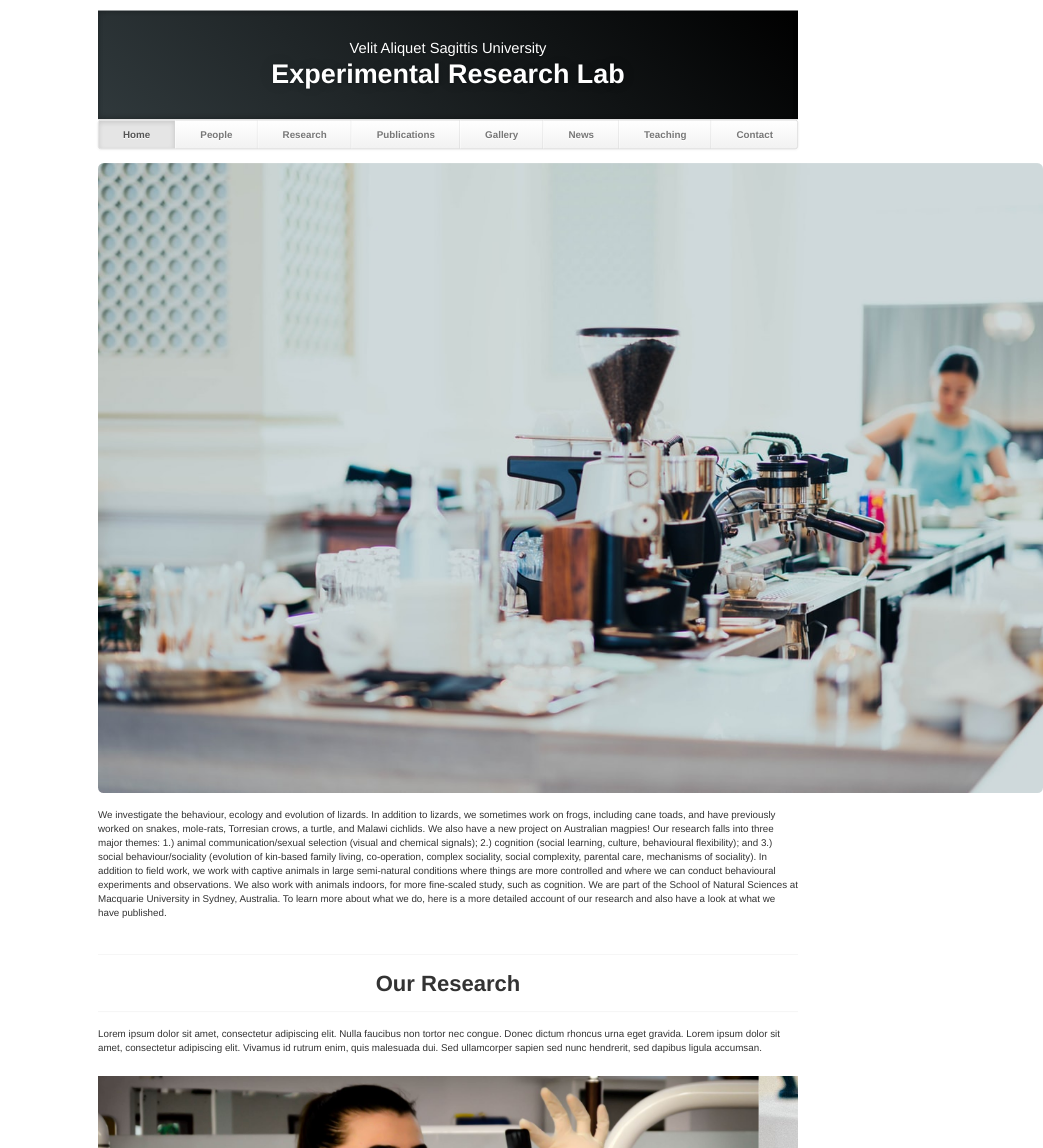
Repository: IAEUC/iaeuc.github.io
Page: index.html
These files come from the project's save history. The page is drawn as it stood at one moment and after a run of saves; the edit follows.
The browser window is 1280 px wide. The page is 1490 px wide, then 1280 px, so the pictures cover 1490 px, including what lies to the right of the window. The pictures show the part of the page from y = 0 to 1640 px (the page is 4100 px tall before and 3500 px after), at 70% of full size.

Above is the page before, as saved 2025-08-07 17:24:05.

After the next 2 saves:
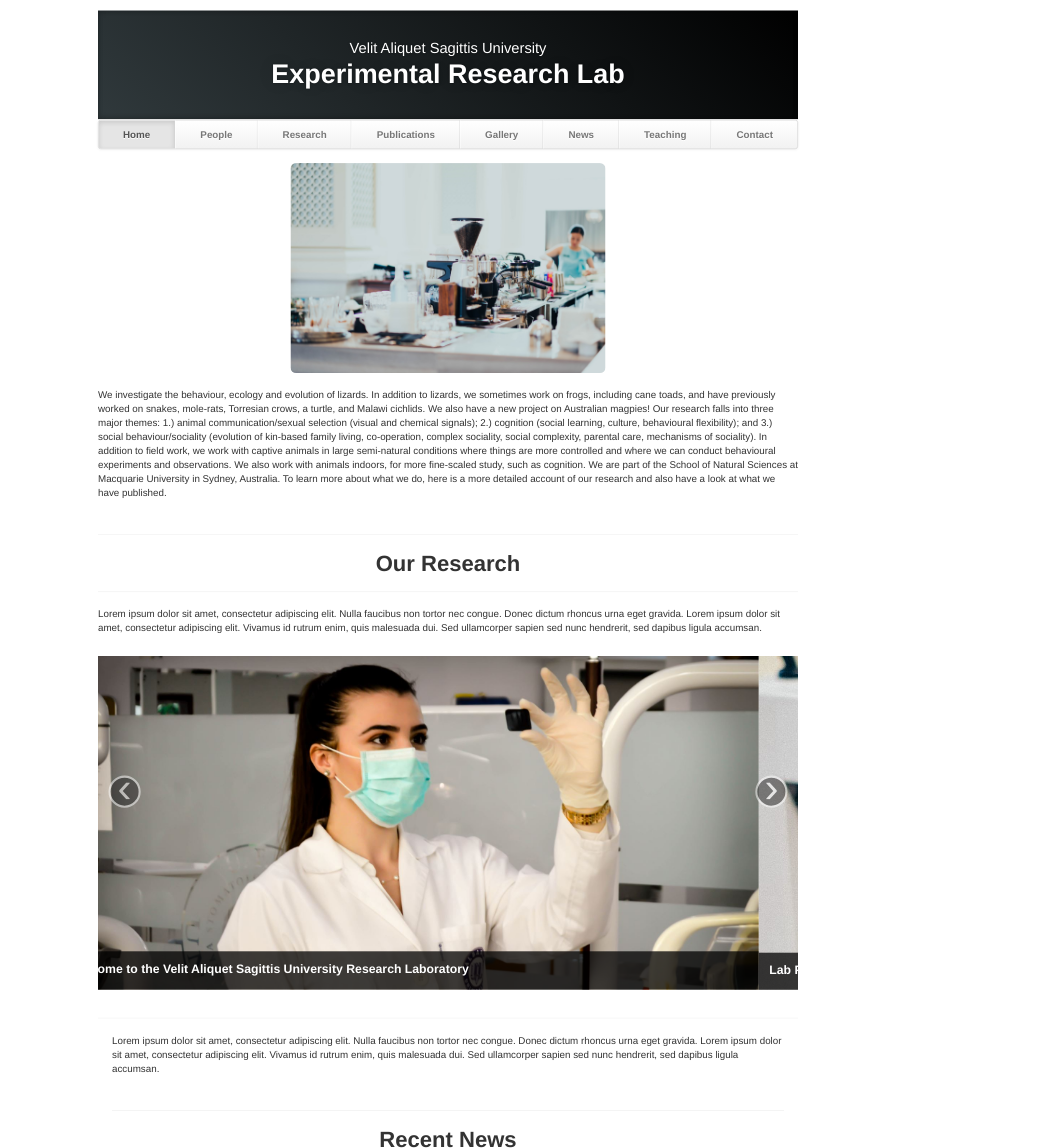
The 2 saves are shown as one change because they came seconds apart.
The last was saved 34 s later.
--- a/index.html
+++ b/index.html
@@ -39,7 +39,7 @@
          <div class="row-fluid">
             <div class="span12">
                               <div class="centered" style="margin-bottom: 20px;">
-                                 <img src="images/lab-photo.jpg" alt="Research Laboratory" style="max-width: 600%; height: ; border-radius: 8px;">
+                                 <img src="images/lab-photo.jpg" alt="Research Laboratory" style="max-width: 100%; height: 300px; object-fit: cover; border-radius: 8px;">
                               </div>
                               <p>
                                 We investigate the behaviour, ecology and evolution of lizards. In addition to lizards, we sometimes work on frogs, including cane toads, and have previously worked on snakes, mole-rats, Torresian crows, a turtle, and Malawi cichlids. We also have a new project on Australian magpies! Our research falls into three major themes: 1.) animal communication/sexual selection (visual and chemical signals); 2.) cognition (social learning, culture, behavioural flexibility); and 3.) social behaviour/sociality (evolution of kin-based family living, co-operation, complex sociality, social complexity, parental care, mechanisms of sociality).
